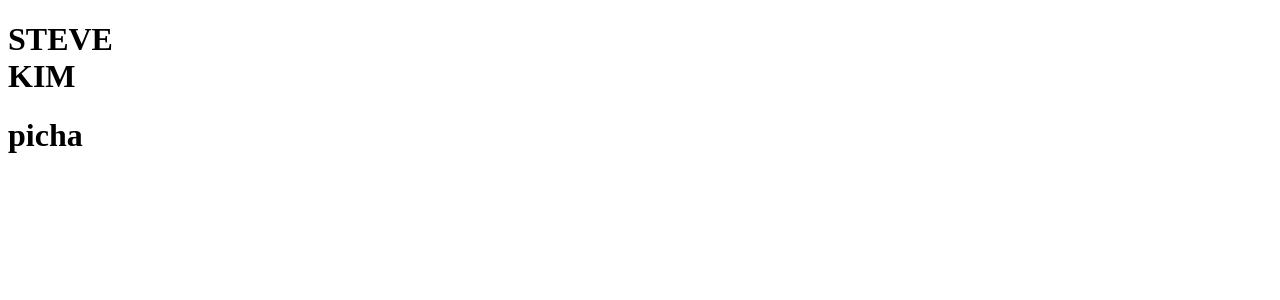
Repository: Sincriga/sincriga2
Page: index.html
These files come from the project's save history. The page is drawn as it stood at one moment and after the next save; the edit follows.
The browser window is 1280 px wide. The pictures show the whole page.

Above is the page before, as saved 2024-02-24 12:31:17.

### index.html
<!DOCTYPE html>
<html lang="en">

<head>
    <meta charset="UTF-8">
    <meta name="viewport" content="width=device-width, initial-scale=1.0">
    <title>STEVEN</title>
    <link rel="stylesheet" href="styles.css">
</head>

<body>
    <div id="herosection">
        <div class="sec1" id="name">
            <h1 id="fname">STEVE <br> KIM </h1>
        </div>
        <div class="sec1" id="picha">
            <h1>picha</h1>
        </div>
    </div>





</body>

</html>

### styles.css
body{
    background-color: white;

}
#hero_section{
    height: 40vh:
    display: flex:
}
    width:50%:
    height:100%:
    color: brown:

}
#fname{
font-size:520%;
}
#name{
    text-align:center:

After the next save:
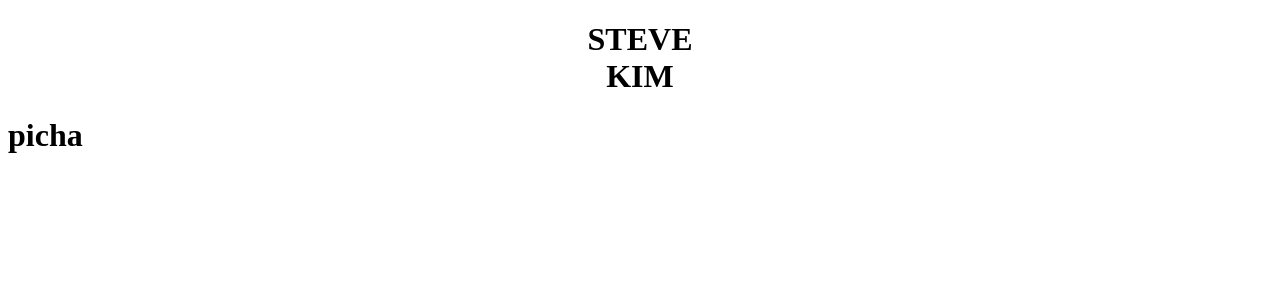
Saved 29 s later.
--- a/styles.css
+++ b/styles.css
@@ -3,16 +3,17 @@
 
 }
 #hero_section{
-    height: 40vh:
-    display: flex:
+    height: 40vh;
+    display: flex;
 }
-    width:50%:
-    height:100%:
-    color: brown:
+    width:50%;
+    height:100%;
+    color: brown;
 
 }
 #fname{
 font-size:520%;
 }
 #name{
-    text-align:center:
+    text-align:center;
+}
